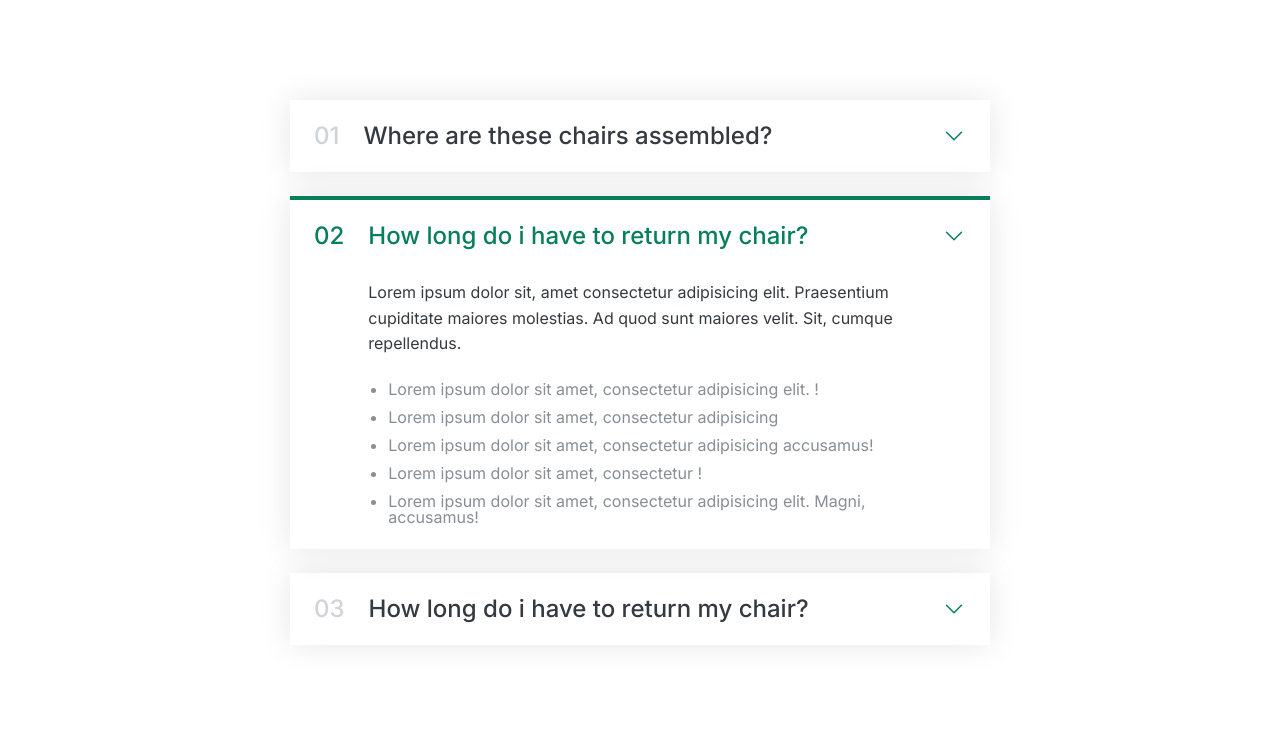
Repository: sunny070/CSS
Page: HTML and CSS some of the important components/01_accordion.html
These files come from the project's save history. The page is drawn as it stood at one moment and after the next save; the edit follows.
The browser window is 1280 px wide. The pictures show the whole page.

Above is the page before, as saved 2023-11-20 13:08:55.

After the next save:
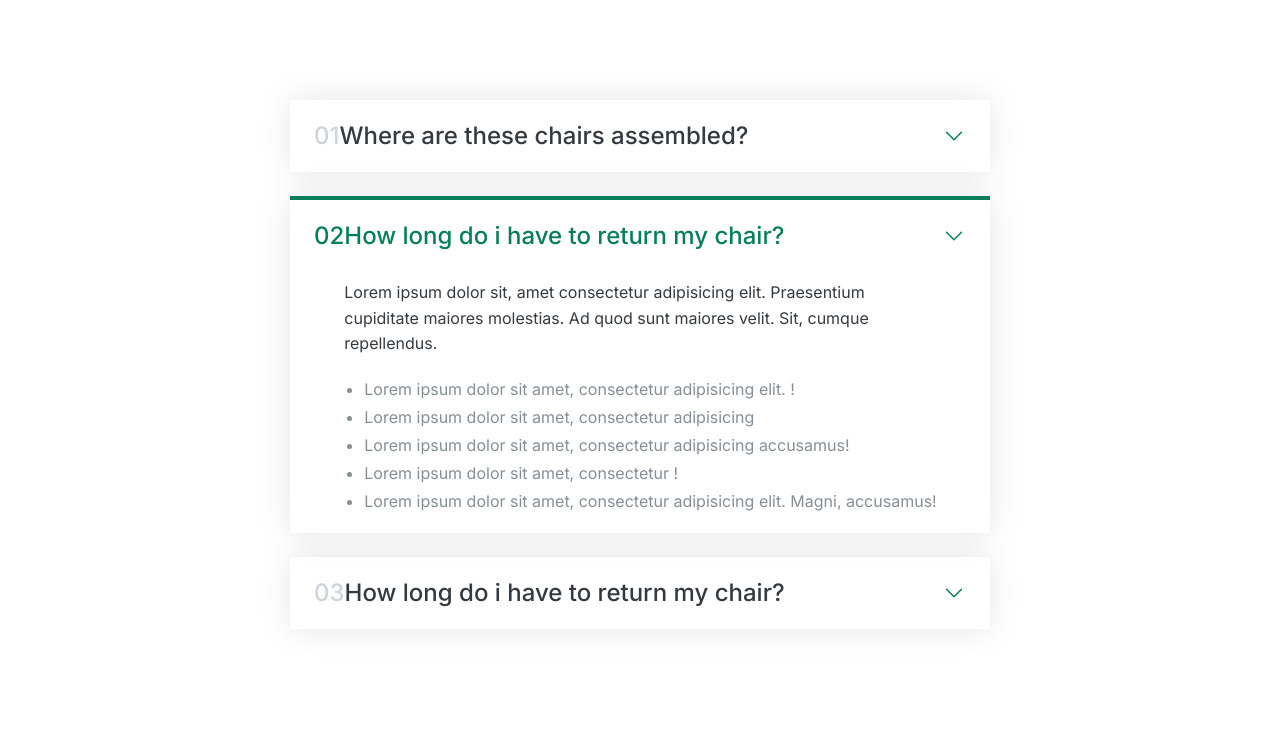
Saved 20 s later.
--- a/HTML and CSS some of the important components/01_accordion.html
+++ b/HTML and CSS some of the important components/01_accordion.html
@@ -50,7 +50,7 @@
         padding: 24px;
         display: grid;
         grid-template-columns: auto 1fr auto;
-        column-gap:24px;
+
         row-gap: 32px;
         align-items:center;
       }

After the save that followed:
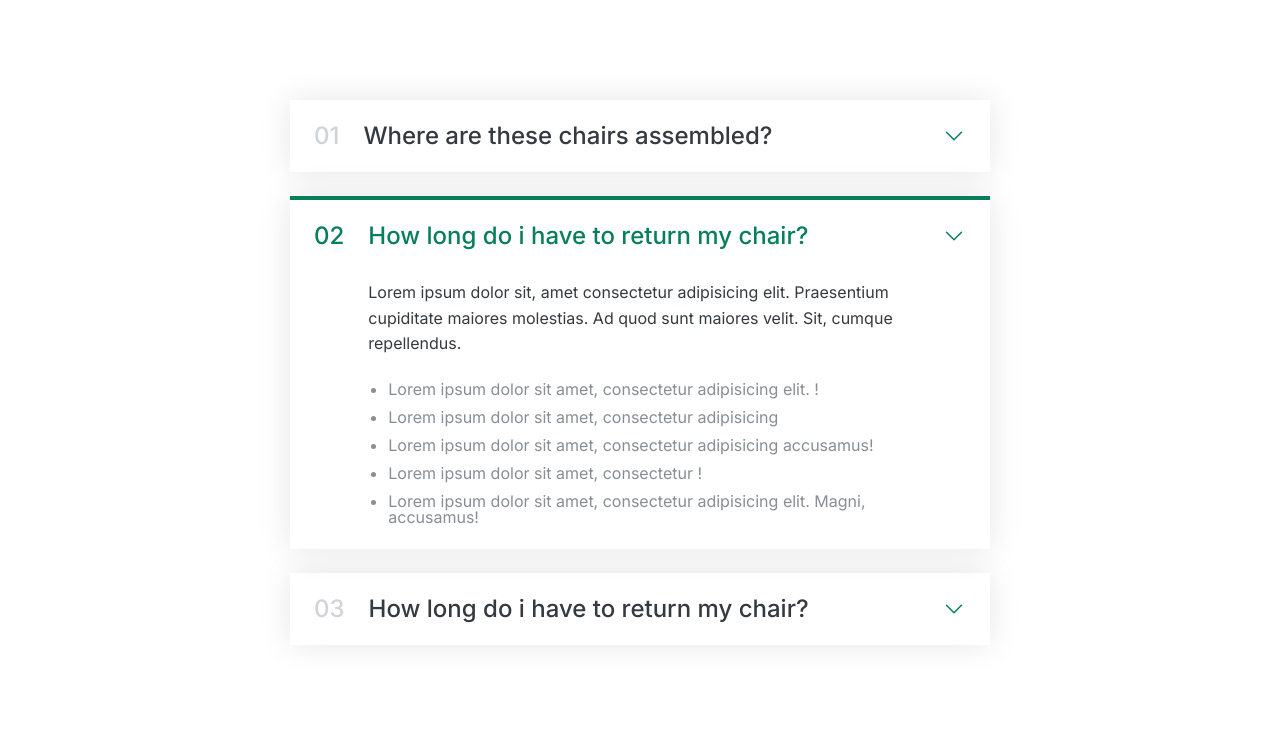
Saved 4 s later.
--- a/HTML and CSS some of the important components/01_accordion.html
+++ b/HTML and CSS some of the important components/01_accordion.html
@@ -50,7 +50,7 @@
         padding: 24px;
         display: grid;
         grid-template-columns: auto 1fr auto;
-
+        column-gap:24px;
         row-gap: 32px;
         align-items:center;
       }
